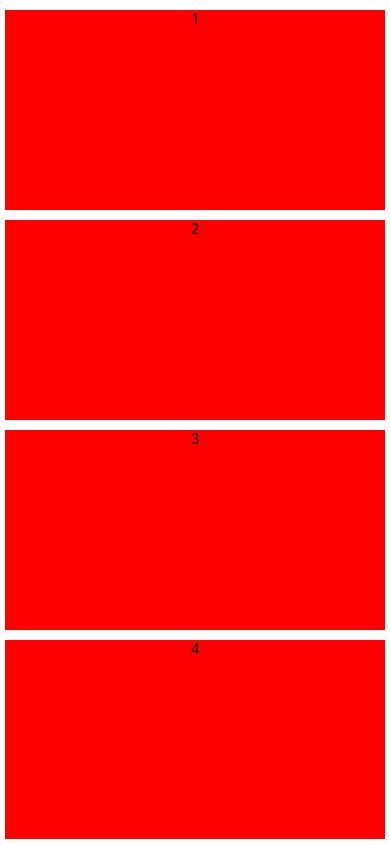
Repository: asnaeb1-dev/Video-List-Test
Screen: /
These files come from the project's save history. The screen is drawn as it stood at one moment and after the next save; the edit follows.
An inner scrolling area shows only its first screen. The app was drawn by React Native's web renderer in a window 390 px wide. The project was rebuilt for these pictures with package versions that can differ from the ones it lists, and the page was loaded fresh each time.

Above is the screen before, as saved 2020-08-08 12:34:57.

### App.js
import React,{Component} from 'react';
import {View, FLatList, StyleSheet, FlatList, Text} from 'react-native'
import ListItem from './src/Components/ListItem'

export default class App extends Component{
  constructor(props){
    super(props)
    this.state={
      list: [
        {
          id: 1,
          isVisible: false
        },{
          id: 2,
          isVisible: false
        },{
          id: 3,
          isVisible: false
        },{
          id: 4,
          isVisible: false
        },{
          id: 5,
          isVisible: false
        }
      ]
    }
  }


  render(){
    return(
      <View style={{flex: 1, margin: 5}}>
        <FlatList
          data={this.state.list}
          renderItem = {({item}) => <ListItem isVisible={true} _id={item.id}/>}
        />
      </View>
    )
  }
}

### src/Components/ListItem.js
import React, { Component } from 'react';
import { View, TouchableOpacity, Text } from 'react-native';

export default class ListItem extends Component{
    render(){
        return(
            <TouchableOpacity style={{height: 200, backgroundColor: 'red', marginVertical: 5}}>
                <Text style={{flex: 1, textAlign: 'center'}}>{this.props._id}</Text>
            </TouchableOpacity>
        )
    }
}

After the next save:
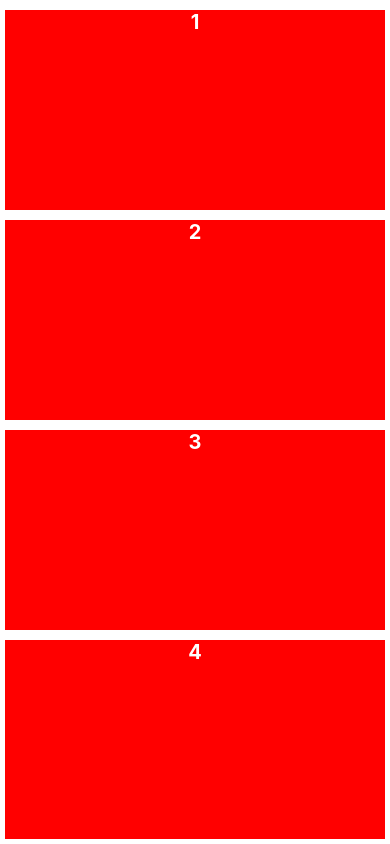
Saved 42 s later.
--- a/src/Components/ListItem.js
+++ b/src/Components/ListItem.js
@@ -4,8 +4,8 @@ import { View, TouchableOpacity, Text } from 'react-native';
 export default class ListItem extends Component{
     render(){
         return(
-            <TouchableOpacity style={{height: 200, backgroundColor: 'red', marginVertical: 5}}>
-                <Text style={{flex: 1, textAlign: 'center'}}>{this.props._id}</Text>
+            <TouchableOpacity style={{height: 200, backgroundColor: 'red', marginVertical: 5, justifyContent: 'center'}}>
+                <Text style={{flex: 1, textAlign: 'center', color: '#fff', fontSize: 20, fontWeight: 'bold'}}>{this.props._id}</Text>
             </TouchableOpacity>
         )
     }
